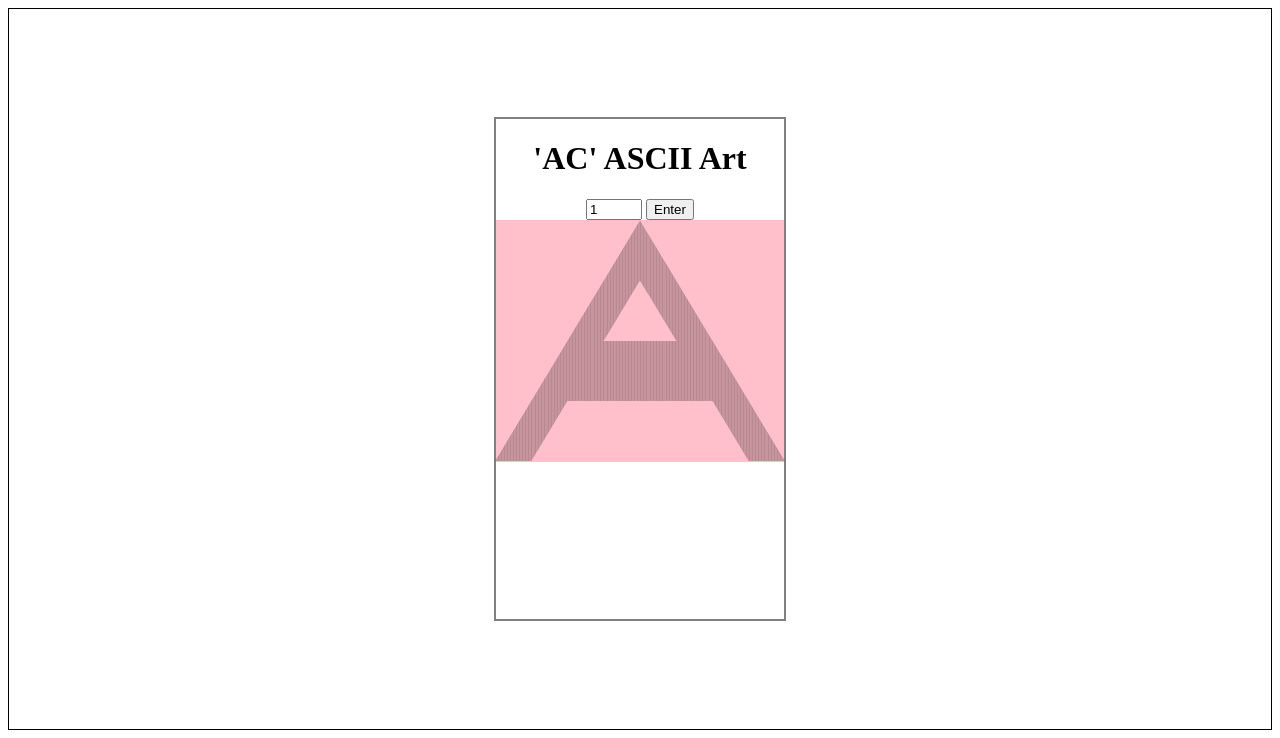
Repository: Achorn/ascii-art
Page: index.html
These files come from the project's save history. The page is drawn as it stood at one moment and after the next save; the edit follows.
The browser window is 1280 px wide. The pictures show the whole page.

Above is the page before, as saved 2021-08-09 20:09:03.

After the next save:
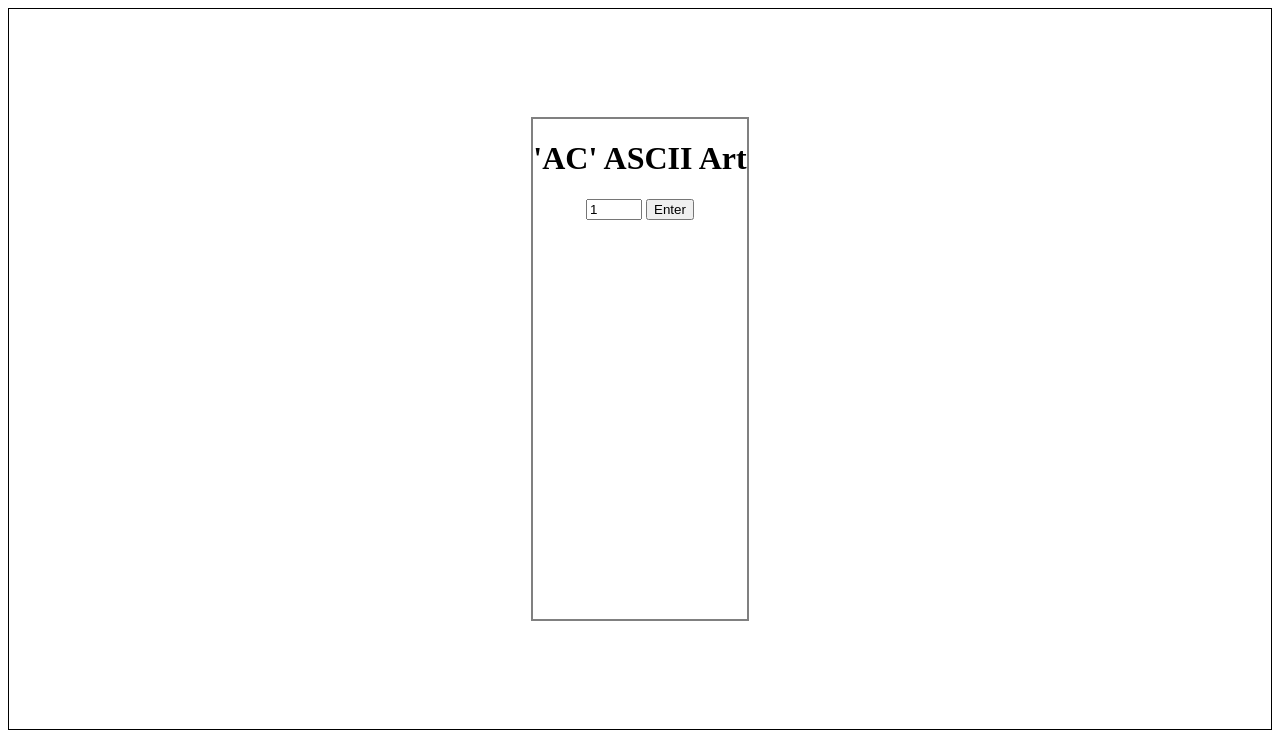
Console error: SyntaxError: Identifier 'four' has already been declared
Saved 86 s later.
--- a/myscripts.js
+++ b/myscripts.js
@@ -12,11 +12,17 @@ let threeA = [
   ["A", "", "", "", "A"],
 ];
 let threeC = [
-  [" ", " ", "C", "C", "C"],
-  ["", "C", "A", "A", ""],
-  ["", "", "C", "C", "C"],
+  [" ", "C", "C", "C"],
+  ["C", "A", "A", ""],
+  ["", "C", "C", "C"],
 ];
 
+let four = [
+  [" ", " ", " ", "A"],
+  [" ", " ", "A", " "],
+  [" ", "A", "A", "A"],
+  ["A", " ", " ", " "],
+];
 let four = [
   [" ", " ", " ", "A"],
   [" ", " ", "A", " "],
